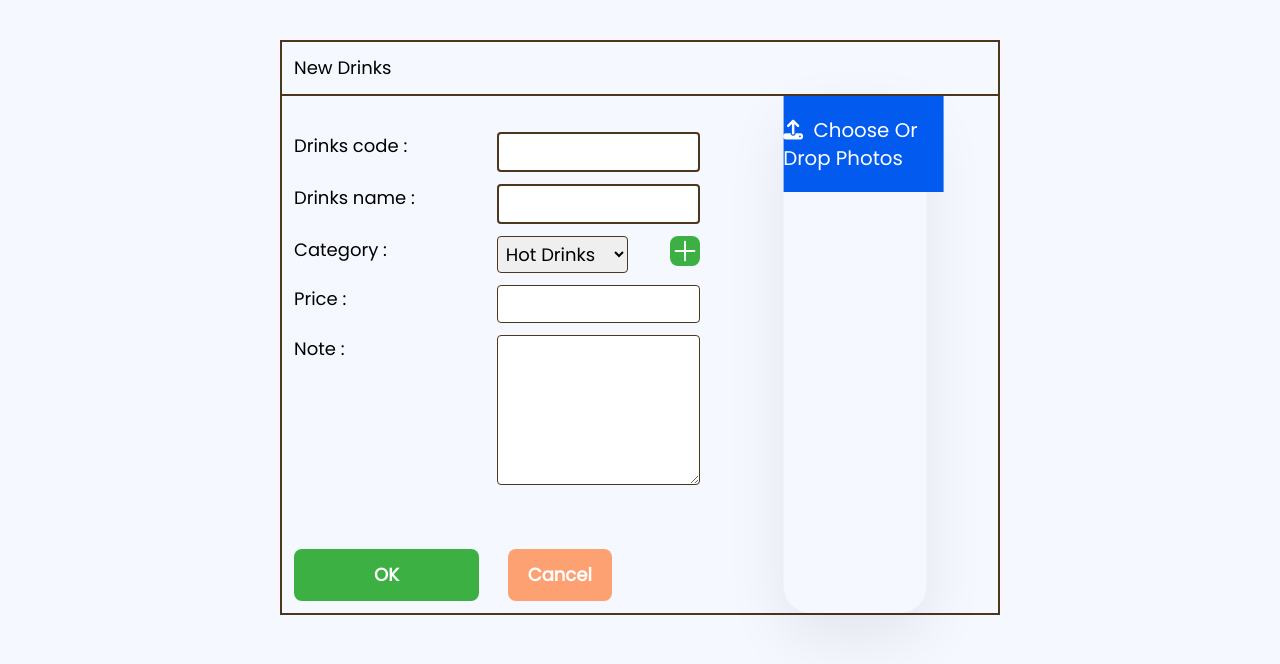
Repository: Dapravith/Midterm-SE-GIC-Cafe-Project-Group16
Page: src/main/resources/templates/addDrink.html
These files come from the project's save history. The page is drawn as it stood at one moment and after the next save; the edit follows.
The browser window is 1280 px wide. The pictures show the whole page.
Some web libraries are served in a nearby version.

Above is the page before, as saved 2023-05-16 22:47:47.

### src/main/resources/templates/addDrink.html
<!DOCTYPE html>
<html lang="en">

<head>
    <meta charset="UTF-8">
    <meta http-equiv="X-UA-Compatible" content="IE=edge">
    <meta name="viewport" content="width=device-width, initial-scale=1.0">
    <title>Add New Drink</title>
    <script src="https://cdn.tailwindcss.com"></script>
    <!-- Font Awesome Icons -->
    <link rel="stylesheet" href="https://cdnjs.cloudflare.com/ajax/libs/font-awesome/6.2.0/css/all.min.css" />
    <!-- Google Font -->
    <link href="https://fonts.googleapis.com/css2?family=Poppins&display=swap" rel="stylesheet" />
    <style>
        * {
            padding: 0;
            margin: 0;
            box-sizing: border-box;
            font-family: "Poppins", sans-serif;
        }

        body {
            background-color: #f5f8ff;
            justify-content: right;
        }

        button:hover {
            box-shadow: 0 13px 18px 0 rgba(151, 208, 27, 0.24), 0 19px 50px 0 rgba(238, 227, 21, 0.19);
        }

        .images {
            width: 20%;
            position: static;
            transform: translate(50%);
            left: 50%;
            right: 50%;
            box-shadow: 0 1.35em 3.43em rgba(0, 0, 0, 0.08);
            border-radius: 1.5em;
        }

        input[type="file"] {
            display: none;
        }

        .upload-images {
            display: block;
            position: relative;
            background-color: #025bee;
            color: #ffffff;
            font-size: 1.1em;
            width: 10rem;
            padding: 1em 0;
            cursor: pointer;
        }

        #image-display {
            position: relative;
            width: 5%;
            margin: 0 auto;
            display: flex;
            justify-content: space-between;
            align-items: center;
            gap: 1.5em;
            flex-wrap: wrap;
        }

        #image-display figure {
            width: 10%;
        }

        #image-display img {
            width: 2em;
        }

        #image-display figcaption {
            font-size: 0.5em;
            text-align: center;
            justify-items: right;
            color: #5a5861;
        }

        .active {
            border: 0.2em dashed #025bee;
        }

        #error {
            text-align: center;
            color: #ff3030;
        }
    </style>
</head>

<body class="m-10 text-lg">
    <!-- Crud PRODUCTS -->
    <div class="new_drink w-[60%] h-fit m-auto  border-[2px] border-solid border-[#4B371C] ">
        <div class="head p-3">
            <h2>New Drinks</h2>
        </div>
        <div class="w-[100%] border-[1px] border-solid border-[#4B371C]"></div>
        <div class="flex">
            <div class="add_drink w-[60%]">
                <div class="py-3 ">
                    <form action="#" class="p-3 ">
                        <div class="mt-3 grid grid-cols-2">
                            <label class="mr-5" for="dcode">Drinks code :</label>
                            <input type="text" id="dcode" name="" class="p-1 border-[2px] border-solid border-[#4B371C] rounded" placeholder="">
                        </div>
                        <div class="mt-3 grid grid-cols-2">
                            <label class="mr-5" for="dname">Drinks name :</label>
                            <input type="text" id="dname" name="" class="p-1 border-[2px] border-solid border-[#4B371C] rounded" placeholder="">
                        </div>
                        <div class="mt-3 grid grid-cols-2">
                            <label class="mr-5" for="category">Category :</label>
                            <div class="flex justify-between">
                                <select type="add-item" id="category" name="" class="p-1 border-[1px] border-solid border-[#4B371C] rounded" placeholder="">
                                    <option value="1">Hot Drinks</option >
                                    <option value="2" >Cool Drinks</option >
                                    <option value="3" >Frappe</option >
                                    <option value="4" >Food</option >
                                </select>
                                <button id="add_category" class=" w-fit h-fit bg-[#3CB043] text-center text-white font-bold cursor-pointer duration-100 rounded-lg">
                                    <svg xmlns="http://www.w3.org/2000/svg" fill="none" viewBox="0 0 24 24" stroke-width="1.5" stroke="currentColor" class="w-[30px] h-[30px] " onclick="showPopup()">
                                        <path stroke-linecap="round" stroke-linejoin="round" d="M12 4.5v15m7.5-7.5h-15" />
                                    </svg>
                                </button>

                            </div>

                        </div>

                        <div class="mt-3 grid grid-cols-2">
                            <label class="mr-5" for="price">Price :</label>
                            <input name="" min="0" type="number" id="price" class="p-1 border-[1px] border-solid border-[#4B371C] rounded" placeholder="">
                        </div>
                        <div class="mt-3 grid grid-cols-2">
                            <label class="mr-5" for="note">Note :</label>
                            <textarea id="note" cols="50" rows="5" name="" class="p-1 w-full border-[1px] border-solid border-[#4B371C] rounded resize-x"> </textarea>
                        </div>
                    </form>
                </div>
                <br />
                <div>
                    <button class=" py-3 bg-[#3CB043] text-center text-white font-bold px-20 m-3 inline-block cursor-pointer duration-100 rounded-lg">OK</button>
                    <button class=" py-3 px-5 bg-[#FDA172] text-center text-white  font-bold p-3 m-3 inline-block cursor-pointer duration-100 rounded-lg">Cancel</button>
                </div>
            </div>
            <div class="images">
                <input type="file" id="upload-button" multiple accept="image/*" />
                <label class="upload-images" for="upload-button"><i class="fa-solid fa-upload"></i>&nbsp; Choose Or Drop Photos
                </label>
                <div id="error"></div>
                <div id="image-display"></div>
            </div>
        </div>
    </div>
    </div>
    <!-- ADD NEW CATEGORY -->
    <div class="popup w-[100vw] h-[100vh] absolute top-[0] left-[0] bg-[#f1f1f199] hidden z-[100]">
        <main class="w-[20rem] absolute top-[50%] left-[50%] translate-x-[-50%] translate-y-[-50%]">
            <div class="none w-full h-fit m-auto  border-[2px] border-solid border-[#4B371C]">
                <div class="head p-3">
                    <h2>New Category</h2>
                </div>
                <div class="w-[100%] border-[1px] border-solid border-[#4B371C]"></div>
                <div class=" ">
                    <form action="#" class="add_category p-3">
                        <div class="mt-3 grid grid-cols-2">
                            <label for="gcode">Category code :</label>
                            <input type="text" id="dcode" name="" class="category_code border-[1px] border-solid border-[#4B371C] rounded" placeholder="" required>
                        </div>
                        <div class="mt-3 grid grid-cols-2">
                            <label for="gname">Category name :</label>
                            <input type="text" id="gname" name="" class="category_name border-[1px] border-solid border-[#4B371C] rounded" placeholder="" required>
                        </div>
                        <br />
                        <div class="flex">
                            <input id="okay" type="submit" value="OK" class=" py-3 bg-[#3CB043] text-center font-bold text-white px-16 in m-3 p-3 line-block cursor-pointer duration-100 rounded-lg">
                            <button class="cancel py-3 px-5 bg-[#FDA172] text-center font-bold text-white p-3 m-3 inline-block cursor-pointer duration-100 rounded-lg">Cancel</button>
                        </div>
                    </form>
                </div>
            </div>
        </main>

    </div>
    <script>
        const addNewCat = document.getElementById("add_category");
        const popup = document.querySelector(".popup");
        const form_add_category = document.querySelector(".add_category ");

        addNewCat.addEventListener("click", showPopup);

        function showPopup() {
            popup.classList.remove('hidden')
        }

        form_add_category.addEventListener("submit", () => {
            clear()
            popup.classList.add('hidden')
        });

        document.querySelector('.cancel').addEventListener('click', () => {
            clear()
            popup.classList.add('hidden')
        })

        popup.addEventListener('click', (e) => {
            const target = e.target;

            if (target.classList.contains('popup')) {
                popup.classList.add('hidden')
            }
        })

        const clear = () => {
            document.querySelector('.category_name').value = ""
            document.querySelector('.category_code').value = ""
        }

        let uploadButton = document.getElementById("upload-button");
        let chosenImage = document.getElementById("chosen-image");
        let fileName = document.getElementById("file-name");
        let container = document.querySelector(".images");
        let error = document.getElementById("error");
        let imageDisplay = document.getElementById("image-display");

        const fileHandler = (file, name, type) => {
            if (type.split("/")[0] !== "image") {
                //File Type Error
                error.innerText = "Please upload an image file";
                return false;
            }
            error.innerText = "";
            let reader = new FileReader();
            reader.readAsDataURL(file);
            reader.onloadend = () => {
                //image and file name
                let imageContainer = document.createElement("figure");
                let img = document.createElement("img");
                img.src = reader.result;
                imageContainer.appendChild(img);
                imageContainer.innerHTML += `<figcaption>${name}</figcaption>`;
                imageDisplay.appendChild(imageContainer);
            };
        };

        //Upload Button
        uploadButton.addEventListener("change", () => {
            imageDisplay.innerHTML = "";
            Array.from(uploadButton.files).forEach((file) => {
                fileHandler(file, file.name, file.type);
            });
        });

        container.addEventListener(
            "dragenter",
            (e) => {
                e.preventDefault();
                e.stopPropagation();
                container.classList.add("active");
            },
            false
        );

        container.addEventListener(
            "dragleave",
            (e) => {
                e.preventDefault();
                e.stopPropagation();
                container.classList.remove("active");
            },
            false
        );

        container.addEventListener(
            "dragover",
            (e) => {
                e.preventDefault();
                e.stopPropagation();
                container.classList.add("active");
            },
            false
        );

        container.addEventListener(
            "drop",
            (e) => {
                e.preventDefault();
                e.stopPropagation();
                container.classList.remove("active");
                let draggedData = e.dataTransfer;
                let files = draggedData.files;
                imageDisplay.innerHTML = "";
                Array.from(files).forEach((file) => {
                    fileHandler(file, file.name, file.type);
                });
            },
            false
        );

        window.onload = () => {
            error.innerText = "";
        };
    </script>
</body>

</html>

After the next save:
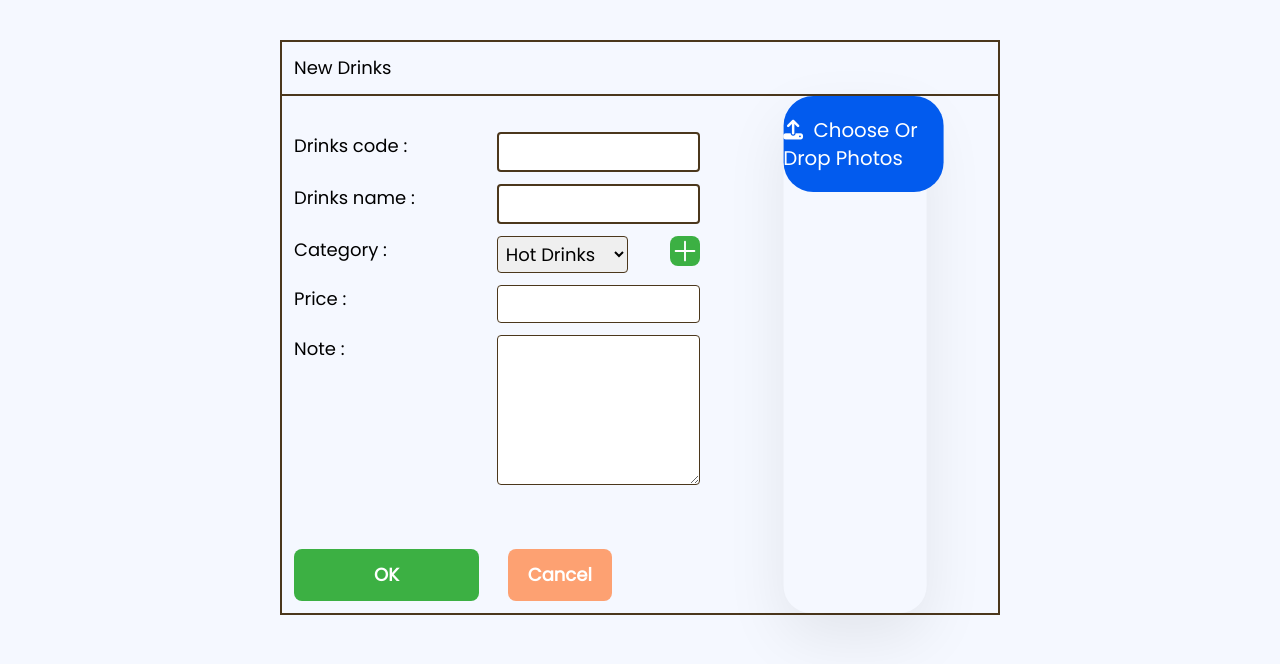
Saved 14 s later.
--- a/src/main/resources/templates/addDrink.html
+++ b/src/main/resources/templates/addDrink.html
@@ -50,6 +50,7 @@
             font-size: 1.1em;
             width: 10rem;
             padding: 1em 0;
+            border-radius: 1.5em;
             cursor: pointer;
         }
 
